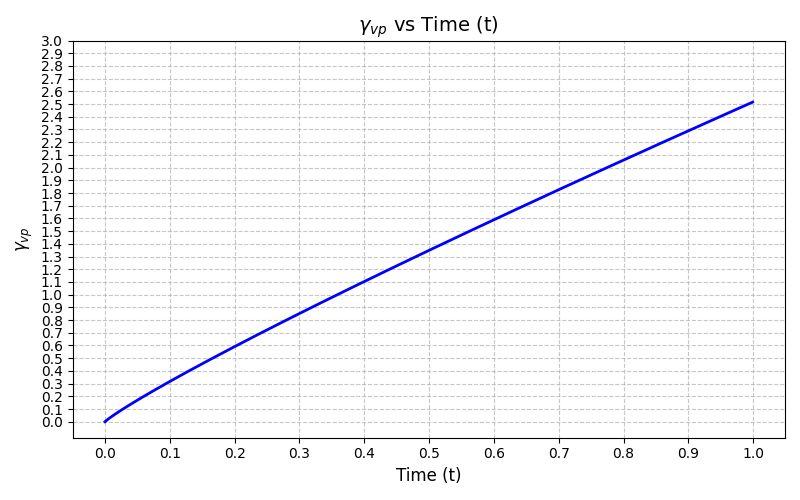
Repository: ajacquey/beaver
Script's output: python examples/viscoelasticity/Lemaitre/Lemaitre_analytical/Lemaitre_analytical.py
The author's editor kept a copy of each file at every save. The script's output is drawn from the files as they stood at one save, then again after the next save.
Random numbers start from a fixed seed.

Above is the script's output before, as saved 2025-05-28 13:37:56.

After the next save:
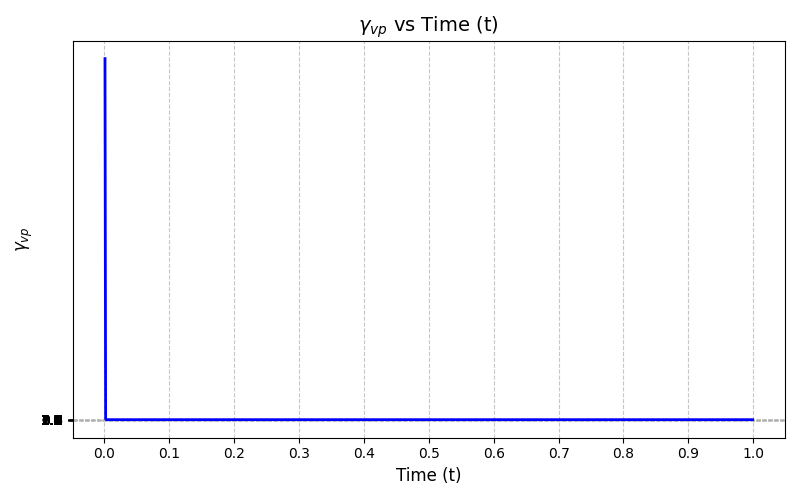
Saved 41 s later.
--- a/examples/viscoelasticity/Lemaitre/Lemaitre_analytical/Lemaitre_analytical.py
+++ b/examples/viscoelasticity/Lemaitre/Lemaitre_analytical/Lemaitre_analytical.py
@@ -9,7 +9,7 @@ def calculate_gamma_vp(t, A_r=1, T_r=289, T=289, q=2, A_2=1, alpha=0.1, beta=1.4
     denominator = alpha
     first_term = (numerator / denominator) ** alpha
     second_term = (q / A_2) ** beta
-    return (first_term * second_term * (t ))** (1-alpha)
+    return (first_term * second_term * (t ))** (1-1/alpha)
 
 # Time range from 0 to 1 with step 0.1
 t_values = np.arange(0, 1.0, 0.001)
